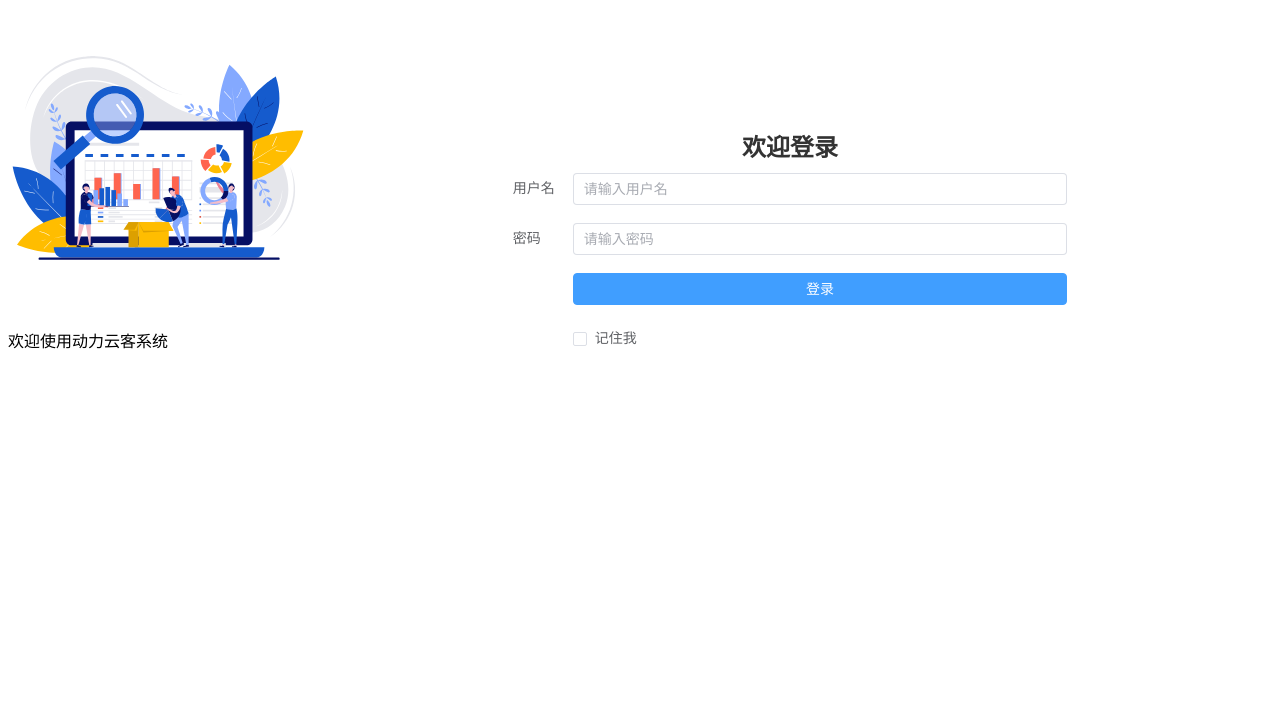
Repository: KimZC-Code/dlyk_front
Page: /login
These files come from the project's save history. The page is drawn as it stood at one moment and after the next save; the edit follows.
The browser window is 1280 px wide. The page is 1280 px wide, then 1288 px, so the pictures cover 1288 px, including what lies to the right of the window. The pictures show the whole page.
The project was rebuilt for these pictures with package versions that can differ from the ones it lists, and the page was loaded fresh each time. Also part of the build but not shown: vite.config.js, src/layouts/MainLayout.vue, src/layouts/EmptyLayout.vue.

Above is the page before, as saved 2025-05-06 15:27:16.

After the next save:
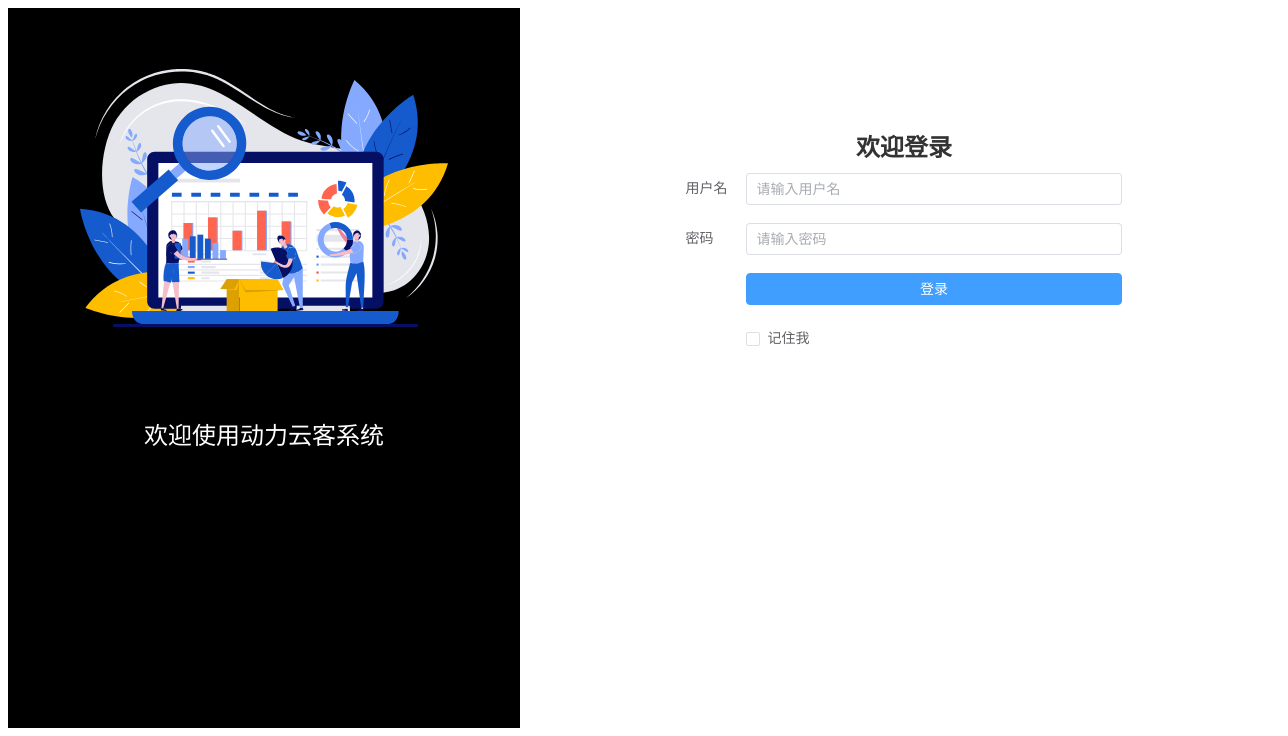
Saved 92 s later.
--- a/src/layouts/AuthLayout.vue
+++ b/src/layouts/AuthLayout.vue
@@ -17,5 +17,20 @@
 </script>
 
 <style lang="scss" scoped>
-
+.el-aside{
+    width: 40%;
+    height: calc(100vh);
+    background-color: black;
+    text-align: center;
+}
+.loginBox{
+    width: 380px;
+}
+.el-container{
+    width: 100vw;
+}
+.loginTitle{
+    font-size: 24px;
+    color: white;
+}
 </style>
